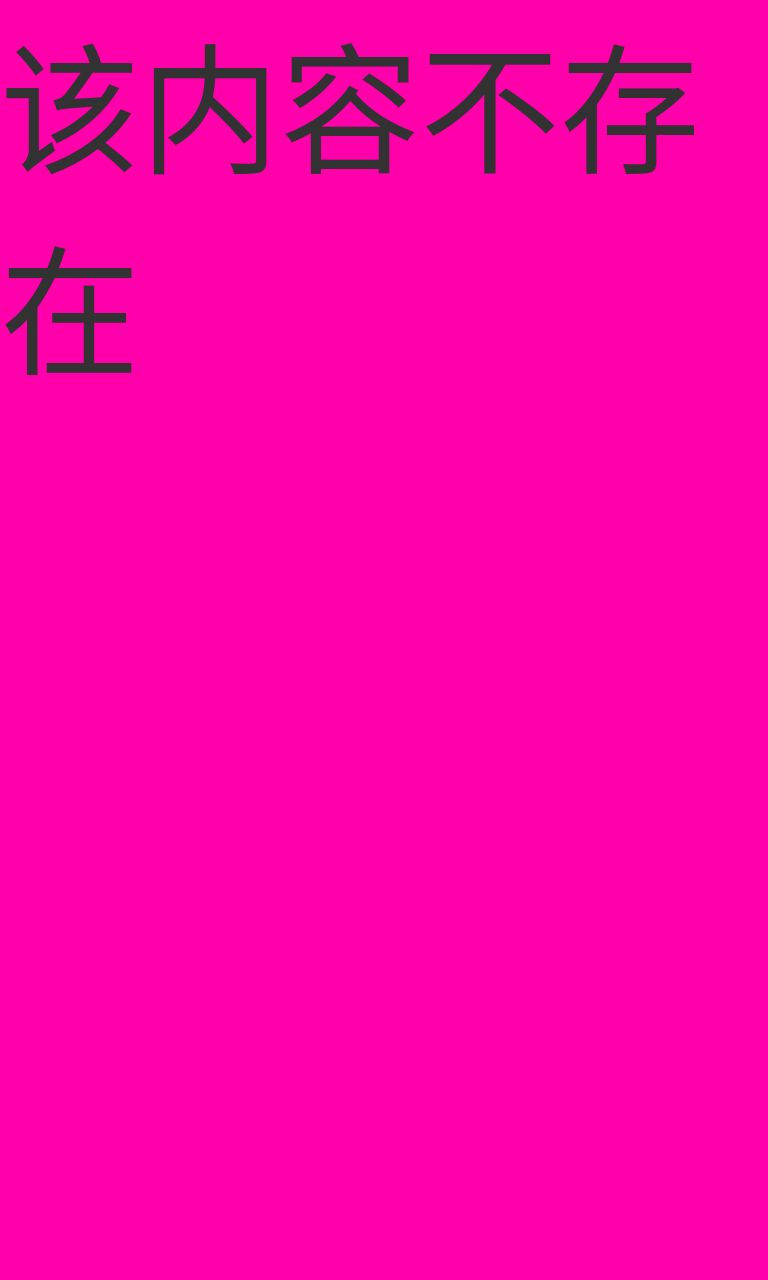
Repository: mrhanliang/Android_4.2
Layout: Fragment/res/layout/otrright_fragment.xml
These files come from the project's save history. The layout is drawn as it stood at one moment and after the next save; the edit follows.
It is drawn on a 768 x 1280 px phone screen (xhdpi) without system bars, with theme AppTheme; the app's code is not run.

Above is the layout before, as saved 2015-12-16 03:48:06.

### Fragment/res/layout/otrright_fragment.xml
<?xml version="1.0" encoding="utf-8"?>
<LinearLayout xmlns:android="http://schemas.android.com/apk/res/android"
    android:layout_width="match_parent"
    android:layout_height="match_parent"
    android:background="#ff00aa"
    android:orientation="vertical" >

    <TextView
        android:id="@+id/textView1"
        android:layout_height="wrap_content"
        android:layout_width="wrap_content"
        android:text="该内容不存在"
        android:textSize="70dp"
        android:layout_gravity="center_horizontal"/>

</LinearLayout>

Loaded but not shown: Fragment/res/values/styles.xml (common file); Fragment/res/values-v11/styles.xml (common file); Fragment/res/values-v14/styles.xml (common file)

After the next save:
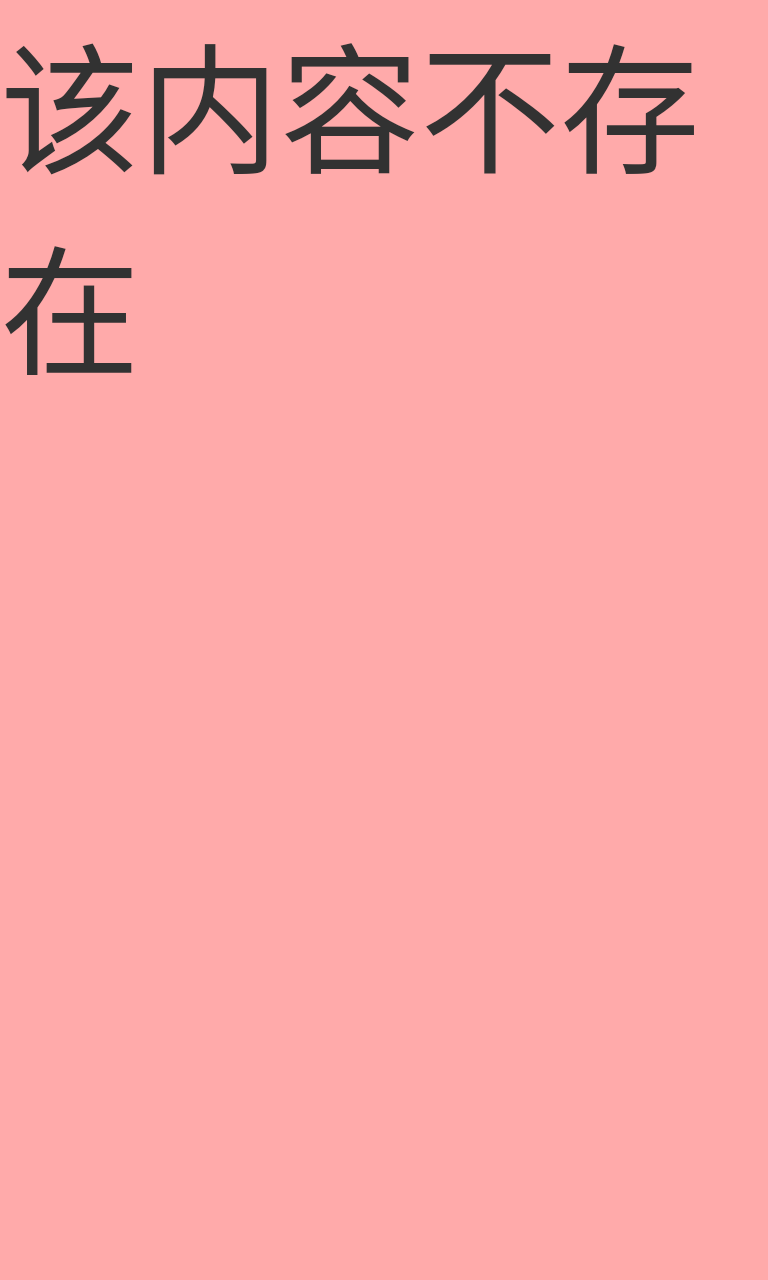
Saved 6 s later.
--- a/Fragment/res/layout/otrright_fragment.xml
+++ b/Fragment/res/layout/otrright_fragment.xml
@@ -2,7 +2,7 @@
 <LinearLayout xmlns:android="http://schemas.android.com/apk/res/android"
     android:layout_width="match_parent"
     android:layout_height="match_parent"
-    android:background="#ff00aa"
+    android:background="#ffaaaa"
     android:orientation="vertical" >
 
     <TextView
